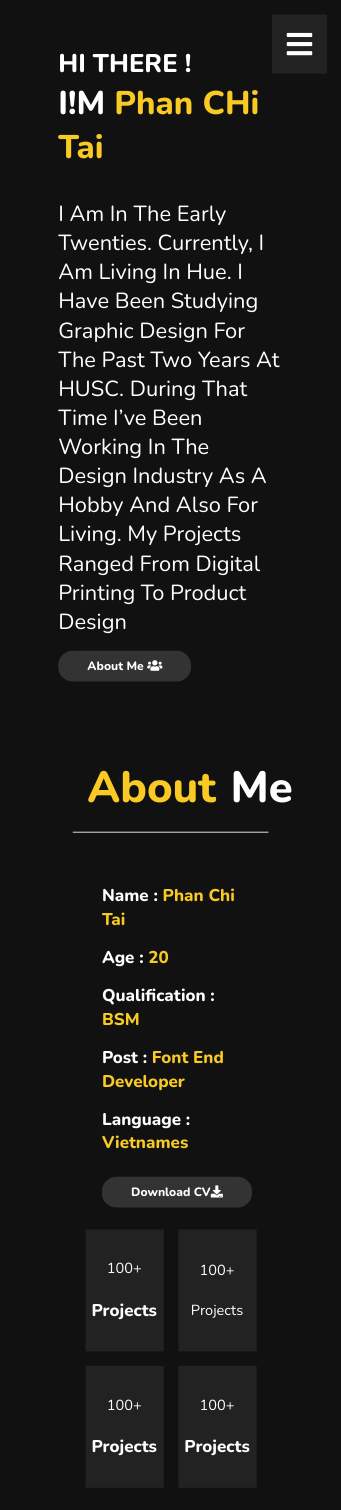
Repository: PCTai/My-profile
Page: index.html
The author's editor kept a copy of each file at every save. The page is drawn from the files as they stood at one save, then again after the next save.
The browser window is 375 px wide. The pictures show the whole page, at 91% of full size.

Above is the page before, as saved 2021-11-25 21:46:53.

After the next save:
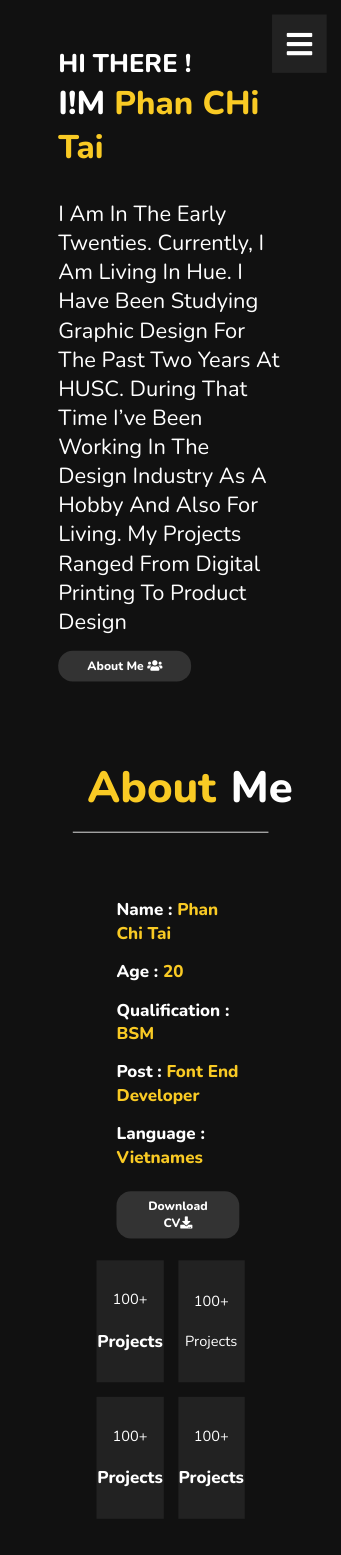
Saved 81 s later.
--- a/assets/css/reponsive.css
+++ b/assets/css/reponsive.css
@@ -23,6 +23,9 @@
    .info,.counter{
         width: 100%;
    }
+   .row{
+       padding: 1rem;
+   }
 
 }
 @media (max-width:939px){

After the save that followed:
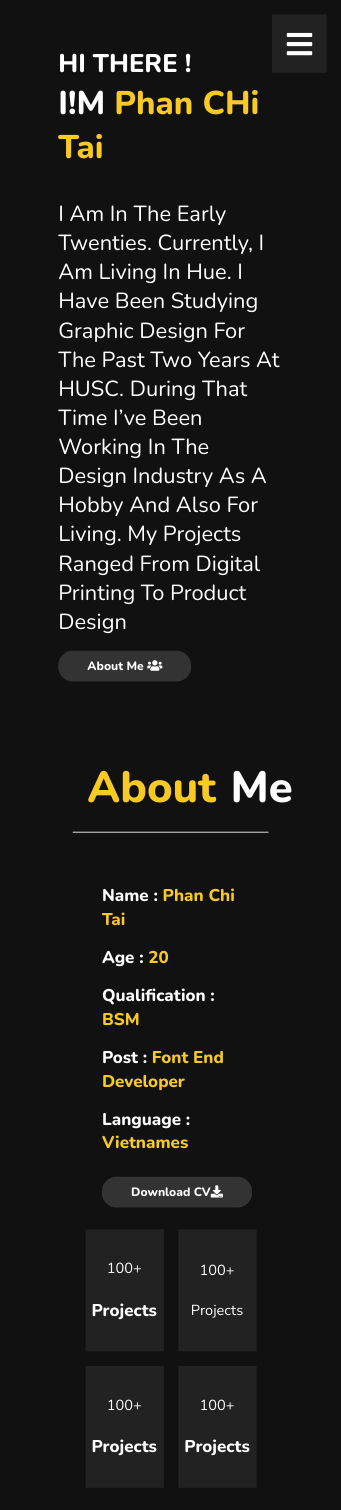
Saved 16 s later.
--- a/assets/css/reponsive.css
+++ b/assets/css/reponsive.css
@@ -23,7 +23,7 @@
    .info,.counter{
         width: 100%;
    }
-   .row{
+   .about{
        padding: 1rem;
    }
 
